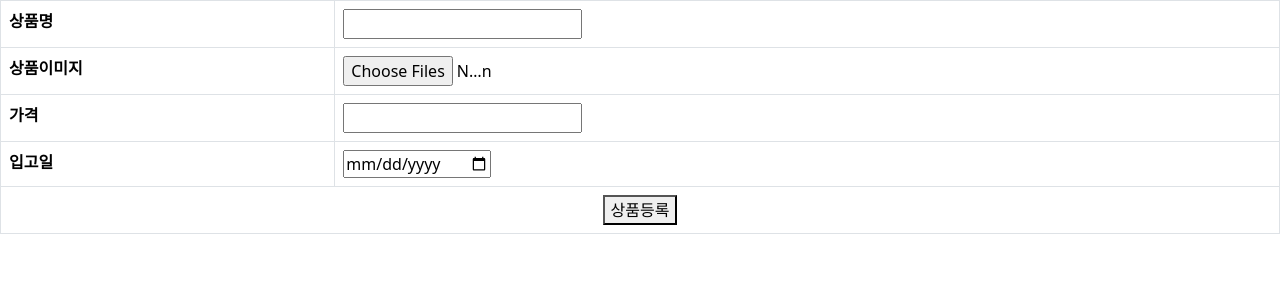
Repository: UZCHA/Sist0103Project
Page: http://localhost/SpringMvcUploadQuiz/quiz/myshop
An editor plug-in stored every save of this project. The page is shown before and after the next save, followed by the edit.
The browser window is 1280 px wide. The pictures show the whole page.
Some web fonts or font styles are not loaded; a fallback is used. The page is served by Tomcat 9. Other server files are loaded and not shown.

Above is the page before, as saved 2024-05-07 06:42:27.

### sts3work/SpringMvcUploadQuiz/src/main/webapp/WEB-INF/day0507Quiz/quizUploadForm.jsp
<%@ page language="java" contentType="text/html; charset=utf-8"
    pageEncoding="utf-8"%>
<%@ taglib prefix="c" uri="http://java.sun.com/jsp/jstl/core" %>
<%@ taglib prefix="fmt" uri="http://java.sun.com/jsp/jstl/fmt" %>
<!DOCTYPE html>
<html>
<head>
<meta charset="UTF-8">
<link href="https://cdn.jsdelivr.net/npm/bootstrap@5.3.2/dist/css/bootstrap.min.css" rel="stylesheet">
<link href="https://fonts.googleapis.com/css2?family=Dongle&family=Gaegu&family=Nanum+Pen+Script&family=Noto+Sans+KR:wght@100..900&family=Noto+Serif+KR&display=swap" rel="stylesheet">
<script src="https://code.jquery.com/jquery-3.7.0.js"></script>
<title>Insert title here</title>
</head>
<body>
	<form action="upload" method="post" enctype="multipart/form-data">
		<table class="table table-bordered">
			<tr>
				<th>상품명</th>
				<td>
					<input type="text" name="sang">
				</td>
			</tr>
			<tr>
				<th>상품이미지</th>
				<td>
					<input type="file" name="photo" style="width: 150px;" multiple="multiple">
				</td>
			</tr>
			<tr>
				<th>가격</th>
				<td>
					<input type="text" name="price">
				</td>
			</tr>
			<tr>
				<th>입고일</th>
				<td>
					<input type="date" name="ipgoday">
				</td>
			</tr>
			<tr>
				<td colspan="2" align="center">
					<button type="submit">상품등록</button>
				</td>
			</tr>
		</table>
	</form>
</body>
</html>

After the next save:
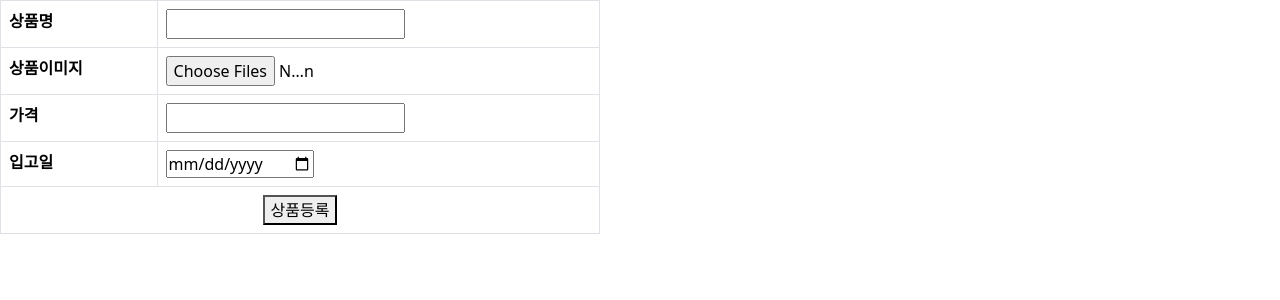
Saved 11 s later.
--- a/sts3work/SpringMvcUploadQuiz/src/main/webapp/WEB-INF/day0507Quiz/quizUploadForm.jsp
+++ b/sts3work/SpringMvcUploadQuiz/src/main/webapp/WEB-INF/day0507Quiz/quizUploadForm.jsp
@@ -13,7 +13,7 @@
 </head>
 <body>
 	<form action="upload" method="post" enctype="multipart/form-data">
-		<table class="table table-bordered">
+		<table class="table table-bordered" style="width: 600px;">
 			<tr>
 				<th>상품명</th>
 				<td>
